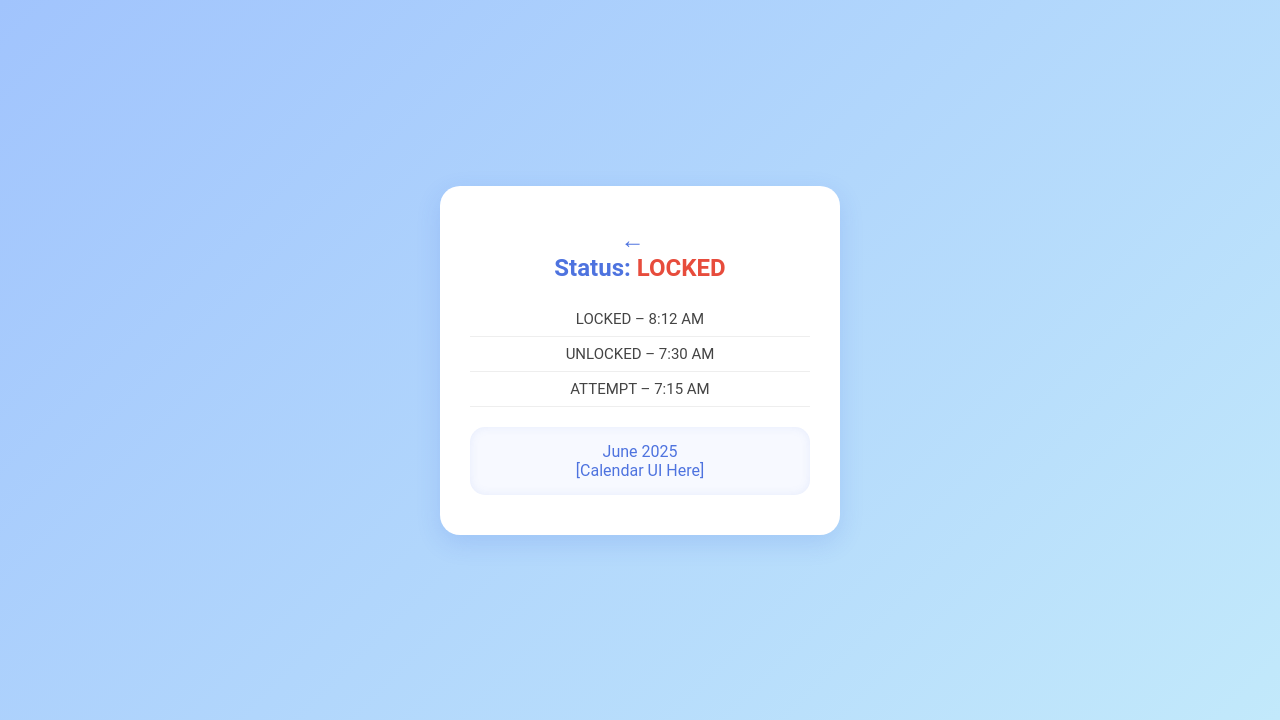
Repository: chaalim/smartlockerapp
Page: smart-locker-app/locker-status.html
These files come from the project's save history. The page is drawn as it stood at one moment and after the next save; the edit follows.
The browser window is 1280 px wide. The pictures show the whole page.

Above is the page before, as saved 2025-05-19 15:44:19.

### smart-locker-app/locker-status.html
<!-- lockerstatus.html -->
<!DOCTYPE html>
<html lang="en">
<head>
  <meta charset="UTF-8" />
  <meta name="viewport" content="width=device-width, initial-scale=1.0"/>
  <title>Smart Locker – Status</title>
  <link rel="stylesheet" href="styles.css" />
</head>
<body>
  <div class="container">
    <button class="back-btn" onclick="window.location.href='dashboard.html'">←</button>
    <h2>Status: <span class="locked">LOCKED</span></h2>
    <ul class="log-list">
      <li>LOCKED – 8:12 AM</li>
      <li>UNLOCKED – 7:30 AM</li>
      <li>ATTEMPT – 7:15 AM</li>
    </ul>
    <div class="calendar">
      <p>June 2025</p>
      <p>[Calendar UI Here]</p>
    </div>
  </div>
  <script src="app.js"></script>
</body>
</html>

### smart-locker-app/styles.css
/* ===== Global Styles ===== */
* {
  margin: 0;
  padding: 0;
  box-sizing: border-box;
  font-family: 'Roboto', sans-serif;
}

body {
  background: linear-gradient(135deg, #a1c4fd, #c2e9fb);
  color: #333;
  min-height: 100vh;
  display: flex;
  justify-content: center;
  align-items: center;
  padding: 20px;
}

/* ===== Container ===== */
.container {
  background: #ffffff;
  border-radius: 20px;
  padding: 40px 30px;
  box-shadow: 0 8px 24px rgba(46, 89, 217, 0.15);
  width: 100%;
  max-width: 400px;
  text-align: center;
}

/* ===== Logo ===== */
.logo {
  width: 120px;
  margin-bottom: 25px;
  user-select: none;
}

/* ===== Headings ===== */
h1, h2 {
  font-weight: 700;
  color: #4e73df;
  margin-bottom: 20px;
}

/* ===== Inputs ===== */
.input {
  width: 100%;
  padding: 14px 20px;
  margin: 12px 0;
  border: 1.8px solid #ddd;
  border-radius: 25px;
  font-size: 16px;
  transition: border-color 0.3s ease, box-shadow 0.3s ease;
  outline: none;
}

.input:focus {
  border-color: #4e73df;
  box-shadow: 0 0 8px rgba(78, 115, 223, 0.4);
}

/* ===== Buttons ===== */
.btn {
  width: 100%;
  padding: 14px 0;
  background-color: #4e73df;
  color: white;
  border: none;
  border-radius: 25px;
  font-size: 18px;
  font-weight: 600;
  cursor: pointer;
  margin-top: 20px;
  transition: background-color 0.3s ease;
  user-select: none;
}

.btn:hover {
  background-color: #2e59d9;
}

/* ===== Links ===== */
.link {
  display: inline-block;
  margin-top: 15px;
  color: #4e73df;
  font-weight: 600;
  text-decoration: none;
  font-size: 14px;
  transition: color 0.3s ease;
}

.link:hover {
  text-decoration: underline;
  color: #2e59d9;
}

/* ===== Profile Page Specific ===== */
.profile {
  max-width: 450px;
}

.top-bar {
  display: flex;
  align-items: center;
  justify-content: flex-start;
  margin-bottom: 25px;
}

.back-btn {
  font-size: 24px;
  background: none;
  border: none;
  cursor: pointer;
  color: #4e73df;
  user-select: none;
  margin-right: 15px;
  transition: color 0.3s ease;
}

.back-btn:hover {
  color: #2e59d9;
}

.profile-icon {
  width: 50px;
  height: 50px;
  border-radius: 50%;
  user-select: none;
}

.profile-box {
  text-align: left;
  background: #f7f9ff;
  border-radius: 15px;
  padding: 30px;
  box-shadow: inset 0 0 10px rgba(78, 115, 223, 0.1);
}

.profile-details .detail {
  margin-bottom: 18px;
  font-size: 16px;
  color: #555;
}

.profile-details strong {
  color: #4e73df;
}

.btn-edit, .btn-save {
  background-color: #4e73df;
  color: white;
  border-radius: 25px;
  padding: 12px 25px;
  border: none;
  cursor: pointer;
  font-weight: 600;
  width: 100%;
  margin-top: 20px;
  transition: background-color 0.3s ease;
}

.btn-edit:hover, .btn-save:hover {
  background-color: #2e59d9;
}

/* ===== Notifications ===== */
.notifications {
  max-width: 400px;
  margin: 20px auto 0;
}

.notif {
  background-color: #e9f0ff;
  border-left: 5px solid #4e73df;
  padding: 15px 20px;
  margin-bottom: 15px;
  border-radius: 10px;
  font-size: 15px;
  color: #333;
}

.notif small {
  display: block;
  margin-top: 6px;
  color: #666;
}

/* ===== Locker Status ===== */
.locked {
  color: #e74c3c;
  font-weight: 700;
}

.unlocked {
  color: #27ae60;
  font-weight: 700;
}

.log-list {
  list-style-type: none;
  padding-left: 0;
  font-size: 15px;
  color: #444;
  margin-bottom: 20px;
}

.log-list li {
  padding: 8px 0;
  border-bottom: 1px solid #eee;
}

/* ===== Calendar placeholder ===== */
.calendar {
  background: #f7f9ff;
  padding: 15px;
  border-radius: 15px;
  text-align: center;
  font-size: 16px;
  color: #4e73df;
  box-shadow: inset 0 0 10px rgba(78, 115, 223, 0.1);
}

/* ===== Items Page ===== */
.dashboard-container {
  max-width: 420px;
  margin: 20px auto;
  background: white;
  border-radius: 20px;
  padding: 25px;
  box-shadow: 0 8px 24px rgba(46, 89, 217, 0.15);
  text-align: center;
}

.dashboard-header {
  display: flex;
  justify-content: space-between;
  margin-bottom: 25px;
}

.dashboard-header .icon {
  font-size: 28px;
  cursor: pointer;
  color: #4e73df;
  user-select: none;
  transition: color 0.3s ease;
}

.dashboard-header .icon:hover {
  color: #2e59d9;
}

.dashboard-btn {
  background-color: #4e73df;
  color: white;
  padding: 12px 20px;
  border: none;
  border-radius: 25px;
  font-weight: 600;
  cursor: pointer;
  margin: 10px 0;
  transition: background-color 0.3s ease;
}

.dashboard-btn:hover {
  background-color: #2e59d9;
}

.item-list .item {
  background-color: #f7f9ff;
  border-radius: 25px;
  padding: 12px 20px;
  margin-bottom: 12px;
  display: flex;
  justify-content: space-between;
  align-items: center;
  font-weight: 600;
  color: #4e73df;
}

.btn-remove {
  background-color: #e74c3c;
  border: none;
  color: white;
  padding: 6px 12px;
  border-radius: 20px;
  cursor: pointer;
  font-weight: 600;
  transition: background-color 0.3s ease;
  user-select: none;
}

.btn-remove:hover {
  background-color: #c0392b;
}

/* ===== Miscellaneous ===== */
.text-link {
  color: #4e73df;
  text-decoration: none;
  font-weight: 600;
  margin-top: 15px;
  display: inline-block;
}

.text-link:hover {
  text-decoration: underline;
  color: #2e59d9;
}

/* ===== Responsive ===== */
@media (max-width: 480px) {
  .container, .dashboard-container {
    padding: 30px 20px;
    width: 100%;
    margin: 10px;
  }
}

### smart-locker-app/js/app.js
// ===== Navigation Helpers =====
function goTo(page) {
  window.location.href = page;
}

// Stub for menu toggle (left “hamburger” icon)
function toggleMenu() {
  // e.g., document.querySelector('.sidebar').classList.toggle('open');
  console.log('toggleMenu called');
}

// ===== Authentication =====
function signIn() {
  const emailEl = document.getElementById('signin-email');
  const passEl  = document.getElementById('signin-password');
  const email    = emailEl.value.trim();
  const password = passEl.value.trim();

  if (email && password) {
    alert('Login successful!');
    goTo('dashboard.html');
  } else {
    alert('Please enter your credentials.');
  }
}

function register() {
  const userEl = document.getElementById('reg-username');
  const emailEl= document.getElementById('reg-email');
  const passEl = document.getElementById('reg-password');

  const username = userEl.value.trim();
  const email    = emailEl.value.trim();
  const password = passEl.value.trim();

  if (username && email && password) {
    alert('Registered successfully!');
    goTo('index.html');
  } else {
    alert('Please fill all fields.');
  }
}

// ===== Profile =====
function saveProfile() {
  // TODO: persist changes (e.g. via backend or localStorage)
  alert('Profile updated!');
  goTo('profile.html');
}

// ===== Page-Specific Initialization =====
document.addEventListener('DOMContentLoaded', () => {
  // --- Items Page: add/remove items ---
  const itemForm  = document.getElementById('item-form');
  const itemInput = document.getElementById('item-input');
  const itemList  = document.getElementById('item-list');

  if (itemForm && itemInput && itemList) {
    // Add new item
    itemForm.addEventListener('submit', e => {
      e.preventDefault();
      const value = itemInput.value.trim();
      if (!value) return;

      const div = document.createElement('div');
      div.className = 'item dashboard-btn';
      div.style.display = 'flex';
      div.style.justifyContent = 'space-between';
      div.style.alignItems = 'center';
      div.innerHTML = `
        <span>${value}</span>
        <button class="btn-remove">REMOVE</button>
      `;
      itemList.appendChild(div);

      // Hook up remove button
      div.querySelector('.btn-remove').addEventListener('click', () => {
        div.remove();
      });

      itemInput.value = '';
      itemInput.focus();
    });

    // Remove any pre-existing items
    document.querySelectorAll('.btn-remove').forEach(btn =>
      btn.addEventListener('click', () => btn.parentElement.remove())
    );
  }

  // --- Notifications Page: populate list ---
  const notifsContainer = document.getElementById('notifications-list');
  if (notifsContainer) {
    notifsContainer.innerHTML = '';
    const messages = [
      'Your Smart Locker has been locked.',
      'Item “Laptop” removed successfully.',
      'Unauthorized access attempt detected!'
    ];
    messages.forEach(msg => {
      const d = document.createElement('div');
      d.className = 'notif';
      d.innerHTML = `Smart Locker<br/><small>${msg}</small>`;
      notifsContainer.appendChild(d);
    });
  }

  // --- Locker Status Page: populate log ---
  const statusLog = document.getElementById('status-log');
  if (statusLog) {
    statusLog.innerHTML = '';
    const entries = [
      'LOCKED – 8:12 AM',
      'UNLOCKED – 7:30 AM',
      'ATTEMPT – 7:15 AM'
    ];
    entries.forEach(text => {
      const li = document.createElement('li');
      li.textContent = text;
      statusLog.appendChild(li);
    });
  }
});

After the next save:
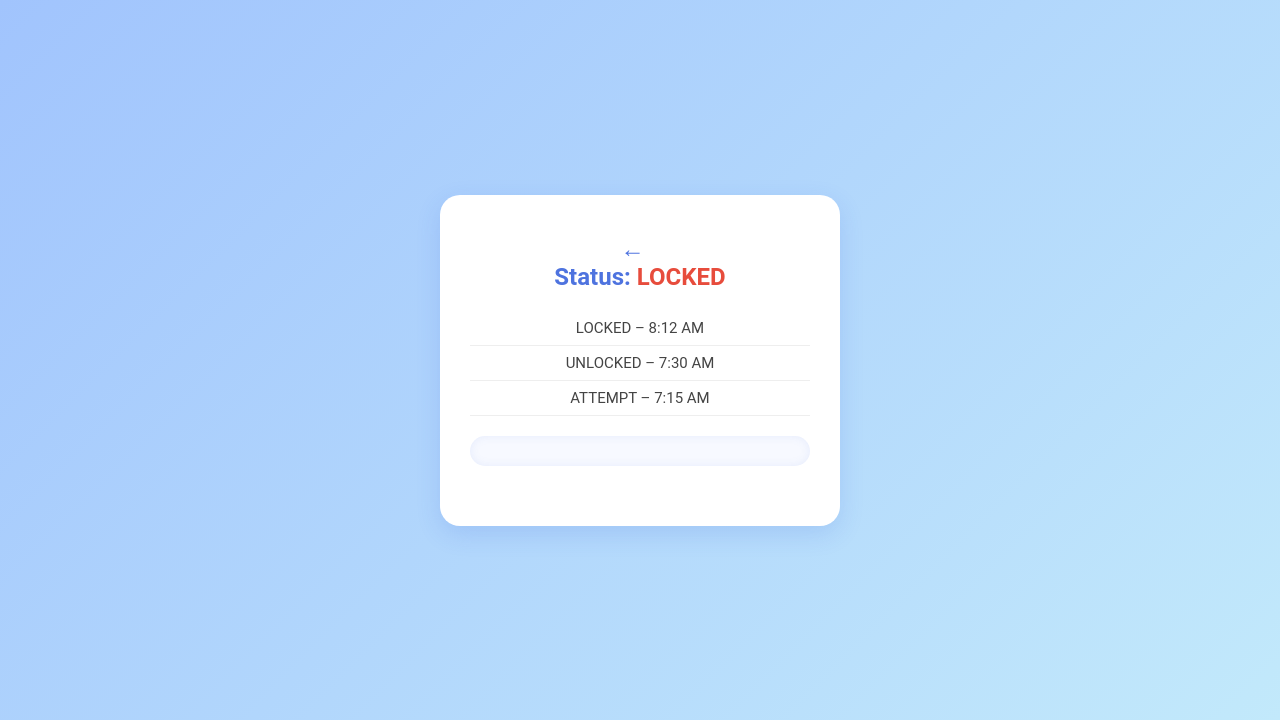
Saved 3 min 58 s later.
--- a/smart-locker-app/locker-status.html
+++ b/smart-locker-app/locker-status.html
@@ -1,4 +1,3 @@
-<!-- lockerstatus.html -->
 <!DOCTYPE html>
 <html lang="en">
 <head>
@@ -6,21 +5,53 @@
   <meta name="viewport" content="width=device-width, initial-scale=1.0"/>
   <title>Smart Locker – Status</title>
   <link rel="stylesheet" href="styles.css" />
+  <style>
+    /* Inline calendar-specific tweaks */
+    #calendar {
+      width: 100%;
+      max-width: 400px;
+      margin: 20px auto;
+      background: #f7f9ff;
+      border-radius: 15px;
+      padding: 15px;
+      box-shadow: inset 0 0 10px rgba(78, 115, 223, 0.1);
+    }
+    #calendar table {
+      width: 100%;
+      border-collapse: collapse;
+      text-align: center;
+    }
+    #calendar th {
+      padding: 8px 0;
+      font-weight: 600;
+      color: #4e73df;
+    }
+    #calendar td {
+      padding: 8px 0;
+      border: 1px solid #e0e0e0;
+      cursor: pointer;
+      transition: background 0.2s;
+    }
+    #calendar td:hover {
+      background: rgba(78, 115, 223, 0.1);
+    }
+    #calendar .today {
+      background: #4e73df;
+      color: white;
+      border-radius: 50%;
+    }
+  </style>
 </head>
 <body>
   <div class="container">
-    <button class="back-btn" onclick="window.location.href='dashboard.html'">←</button>
+    <button class="back-btn" onclick="goTo('dashboard.html')">←</button>
     <h2>Status: <span class="locked">LOCKED</span></h2>
-    <ul class="log-list">
-      <li>LOCKED – 8:12 AM</li>
-      <li>UNLOCKED – 7:30 AM</li>
-      <li>ATTEMPT – 7:15 AM</li>
-    </ul>
-    <div class="calendar">
-      <p>June 2025</p>
-      <p>[Calendar UI Here]</p>
-    </div>
+    <ul id="status-log" class="log-list"></ul>
+
+    <!-- Calendar placeholder -->
+    <div id="calendar"></div>
   </div>
-  <script src="app.js"></script>
+
+  <script src="js/app.js"></script>
 </body>
 </html>
